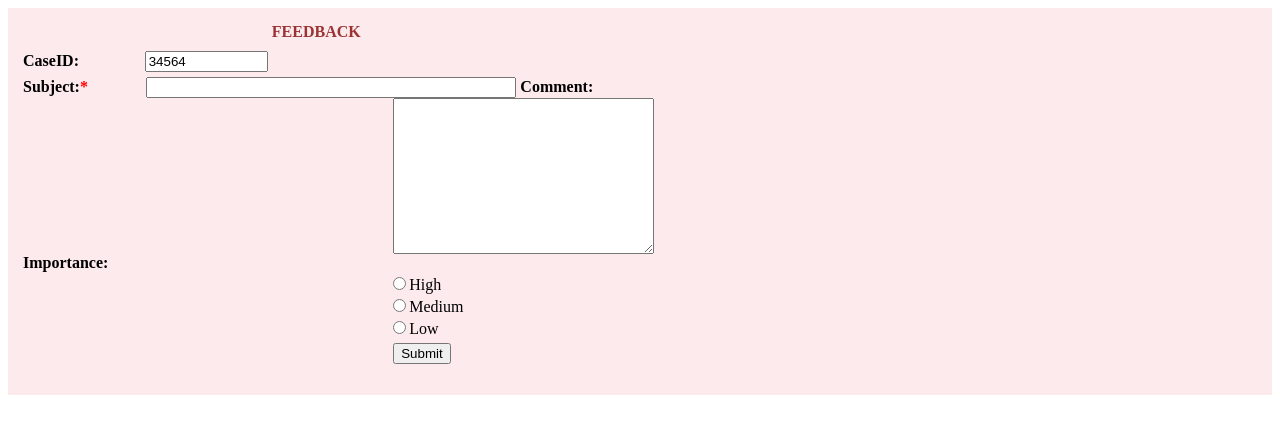
Repository: vRia4/INST728J-Victoria-Nathaniel
Page: Assignments/feedback.html
These files come from the project's save history. The page is drawn as it stood at one moment and after a run of saves; the edit follows.
The browser window is 1280 px wide. The pictures show the whole page.

Above is the page before, as saved 2023-07-25 11:33:53.

### Assignments/feedback.html
<html>
<head>
<title>Feedback</title>
<head>
    <style>
        .wrapper {
            background-color:rgb(253, 234, 237);
            padding: 15px;

        }

        .title {
            color:#9B3333;
            margin-left: 20%;
            margin-bottom: 10px;
            font-weight: bold;
        }

        label {
            /* margin-left: 20%; */
            font-weight: bold;
        }

        input[type="num"] {
            width: 10%;
            margin-left: 5%;
        }

        input[type="class"] {
            width: 30%;
            margin-left: 4.4%;
            margin-top: 5px;
        }

        textarea {
            /* width: 19%; */
            margin-left: 30%;
            /* padding: 0px; */
        }

        input[type="radio"], input[type="submit"]{
        margin-left: 30%;
        margin-top: 5px;
        }

    </style>
</head>
<body>
    <div class="wrapper">
        <legend class="title">FEEDBACK</legend>

        <form name="myFirstForm" method="post" action="ThankYou.html">
            <label for="caseID" > CaseID: </label>
	        <input type="num" value="34564"><br>

            <label for="subject">Subject:<span style="color: red;">*</label>
            <input type="class" placeholder=" ">

            <!-- <div> -->
                <label for="comment"> Comment: </label> </br>
                <textarea id="comment" name="comment" rows="10" cols="30"></textarea> </br>
            <!-- </div> -->

            <label for="importance"> Importance:</label><br>
            <input type="radio" name="value">High </br>
            <input type="radio" name="value">Medium </br>
            <input type="radio" name="value">Low </br>

            <div>
                <input type="submit" value="Submit">
            </div>
        </form>
    </div>

</body>
</html>

After the next 2 saves:
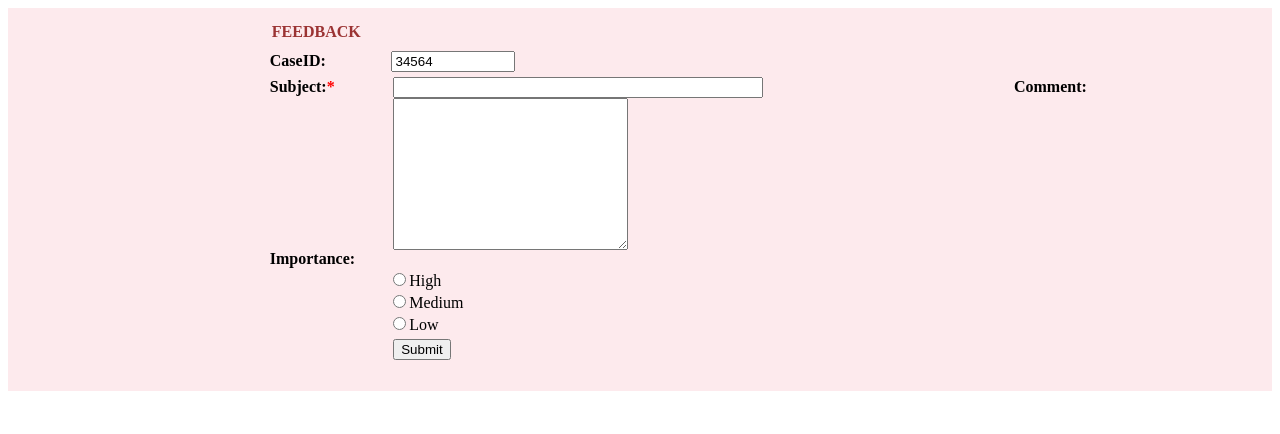
The 2 saves are shown as one change because they came seconds apart.
The last was saved 17 s later.
--- a/Assignments/feedback.html
+++ b/Assignments/feedback.html
@@ -17,7 +17,7 @@
         }
 
         label {
-            /* margin-left: 20%; */
+            margin-left: 20%;
             font-weight: bold;
         }
 
@@ -33,9 +33,9 @@
         }
 
         textarea {
-            /* width: 19%; */
+            width: 19%;
             margin-left: 30%;
-            /* padding: 0px; */
+            padding: 0px;
         }
 
         input[type="radio"], input[type="submit"]{
